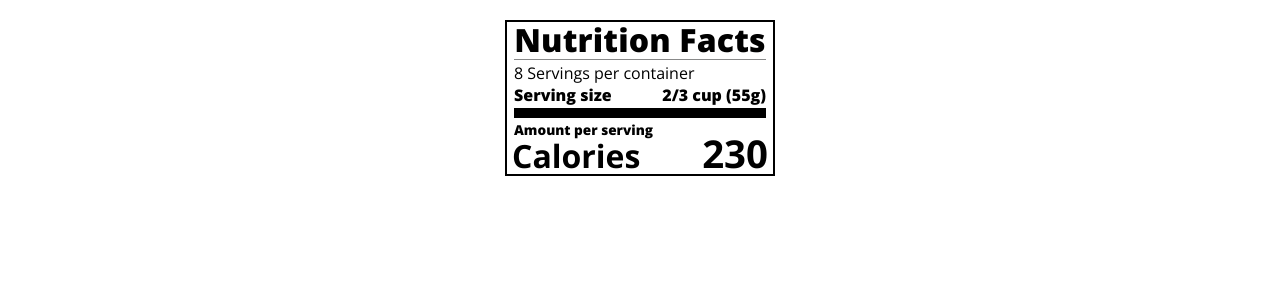
Repository: Lungdjos/typography
Page: index.html
The author's editor kept a copy of each file at every save. The page is drawn from the files as they stood at one save, then again after a run of saves.
The browser window is 1280 px wide. The pictures show the whole page.

Above is the page before, as saved 2023-10-28 01:38:46.

### index.html
<!DOCTYPE html>
<html lang="en">

<head>
    <meta charset="UTF-8">
    <meta name="viewport" content="width=device-width, initial-scale=1.0">
    <title>Nutrition Label</title>
    <link rel="stylesheet" href="styles.css">
    <link rel="stylesheet" href="https://fonts.googleapis.com/css?family=Open+Sans:400,700,800">
</head>

<body>
    <div class="label">
        <header>
            <h1 class="bold">Nutrition Facts</h1>
            <div class="divider"></div>
            <p>8 Servings per container</p>
            <p class="bold">Serving size <span>2/3 cup (55g)</span></p>
        </header>
        <div class="divider large"></div>
        <div class="calories-info">
            <div class="left-container">
                <h2 class="bold small-text">Amount per serving</h2>
                <p>Calories</p>
            </div>
            <span>230</span>
        </div>
        <div class="divider medium"></div>
    </div>

</body>

</html>

### styles.css
body {
    font-family: "Open Sans", sans-serif;
}

html {
    font-size: 16px;
}

.label {
    border: 2px solid black;
    width: 270px;
    margin: 20px auto;
    padding: 0 7px;
}

* {
    box-sizing: border-box;
}

header h1 {
    text-align: center;
    margin: -4px 0;
    letter-spacing: .15PX;
}

p {
    margin: 0;
    display: flex;
    justify-content: space-between;
}

.divider {
    border-bottom: 1px solid #888989;
    margin: 2px 0;
}

.bold {
    font-weight: 800;
}

.large {
    height: 10px;
}

.large,
.medium {
    background-color: black;
    border: 0;
}

.small-text {
    font-size: .85rem;
}

.calories-info h2 {
    margin: 0;
}

.calories-info {
    display: flex;
    justify-content: space-between;
    align-items: flex-end;
}

.left-container p {
    margin: -5px -2px;
    font-size: 2em;
    font-weight: 700;
}

.calories-info span {
    font-size: 2.4em;
    font-weight: 700;
    margin: -7px -2px;
}

.medium {}

After the next 4 saves:
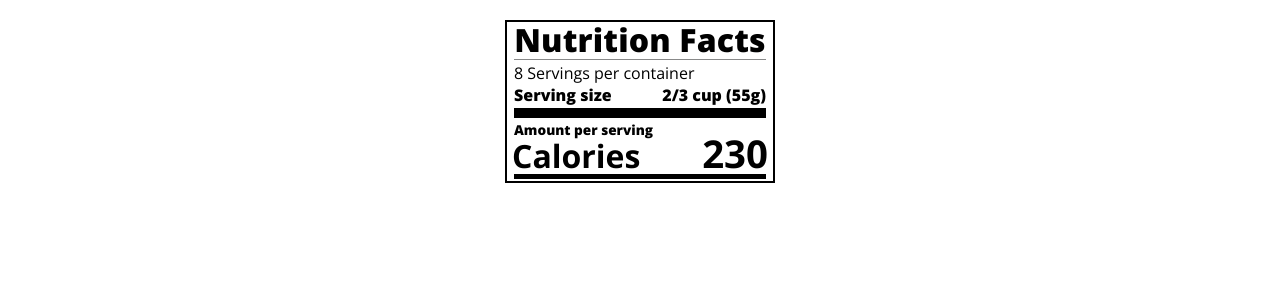
The 4 saves are shown as one change because they came seconds apart.
The last was saved 9 s later.
--- a/styles.css
+++ b/styles.css
@@ -74,4 +74,6 @@ p {
     margin: -7px -2px;
 }
 
-.medium {}
+.medium {
+    height: 5px;
+}
